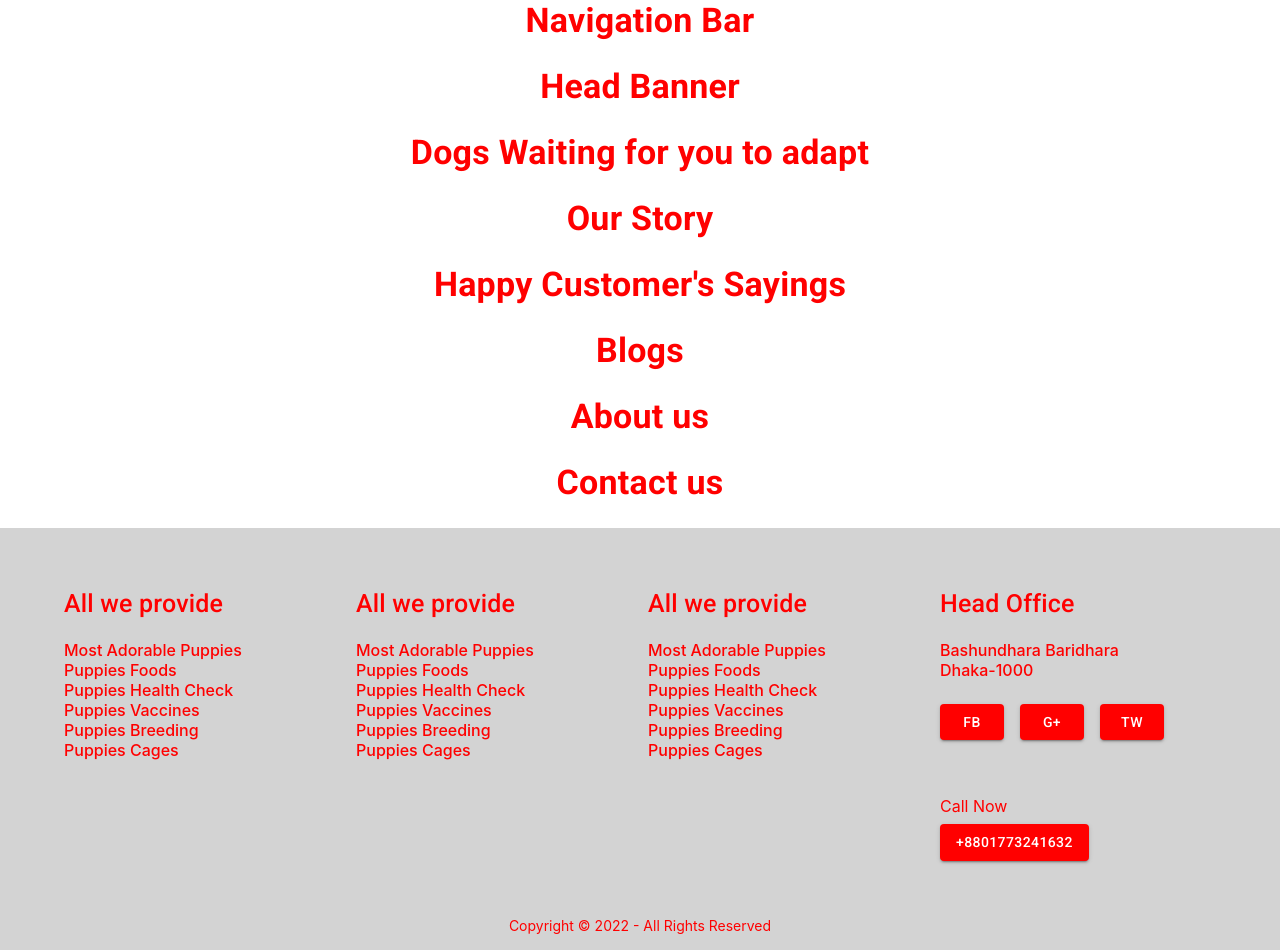
Repository: Sharif-00112/dogos-paradise-client
Page: /
The author's editor kept a copy of each file at every save. The page is drawn from the files as they stood at one save, then again after the next save.
The browser window is 1280 px wide. The pictures show the whole page.
The project was rebuilt for these pictures with package versions that can differ from the ones it lists, and the page was loaded fresh each time. Also part of the build but not shown: src/Pages/Login/Login/Login.js, src/Pages/Login/Register/Register.js, src/Pages/NotFound/NotFound.js.

Above is the page before, as saved 2022-11-30 22:56:31.

### public/index.html
<!DOCTYPE html>
<html lang="en">
  <head>
    <meta charset="utf-8" />
    <link rel="icon" href="%PUBLIC_URL%/favicon.ico" />
    <meta name="viewport" content="width=device-width, initial-scale=1" />
    <meta name="theme-color" content="#000000" />
    <meta
      name="description"
      content="Web site created using create-react-app"
    />
    <link
      rel="stylesheet" href="https://fonts.googleapis.com/css?family=Roboto:300,400,500,700&display=swap"
    />

    <link rel="apple-touch-icon" href="%PUBLIC_URL%/logo192.png" />
    <!--
      manifest.json provides metadata used when your web app is installed on a
      user's mobile device or desktop. See https://developers.google.com/web/fundamentals/web-app-manifest/
    -->
    <link rel="manifest" href="%PUBLIC_URL%/manifest.json" />
    <!--
      Notice the use of %PUBLIC_URL% in the tags above.
      It will be replaced with the URL of the `public` folder during the build.
      Only files inside the `public` folder can be referenced from the HTML.

      Unlike "/favicon.ico" or "favicon.ico", "%PUBLIC_URL%/favicon.ico" will
      work correctly both with client-side routing and a non-root public URL.
      Learn how to configure a non-root public URL by running `npm run build`.
    -->
    <title>React App</title>
  </head>
  <body>
    <noscript>You need to enable JavaScript to run this app.</noscript>
    <div id="root"></div>
    <!--
      This HTML file is a template.
      If you open it directly in the browser, you will see an empty page.

      You can add webfonts, meta tags, or analytics to this file.
      The build step will place the bundled scripts into the <body> tag.

      To begin the development, run `npm start` or `yarn start`.
      To create a production bundle, use `npm run build` or `yarn build`.
    -->
  </body>
</html>

### src/App.js
import React  from 'react';
import './App.css';
import { BrowserRouter as Router, Route, Routes} from 'react-router-dom';
import Home from './Pages/Home/Home/Home';
import Login from './Pages/Login/Login/Login';
import Register from './Pages/Login/Register/Register';
import AuthProvider from './contexts/AuthProvider/AuthProvider';
// import PrivateRoute from './Pages/Login/PrivateRoute/PrivateRoute';
import NotFound from './Pages/NotFound/NotFound';
import Contact from './Pages/Home/Contact/Contact';
import Products from './Pages/Home/Products/Products';
import Story from './Pages/Home/Story/Story';
import CustomerReviews from './Pages/Home/CustomerReviews/CustomerReviews';
import Blogs from './Pages/Home/Blogs/Blogs';
import About from './Pages/Home/About/About';
// import Footer from './Pages/Shared/Footer/Footer';
// import Dashboard from './Pages/Dashboard/Dashboard/Dashboard';

function App() {
  return (
    <div className="App">
      <AuthProvider>
        <Router>
          <Routes>
            <Route exact path = '/' element={<Home/>}/>
            <Route exact path = '/home' element={<Home/>}/>
            <Route exact path = '/login' element={<Login/>}/>
            <Route exact path = '/register' element={<Register/>}/>
            <Route exact path = '/contact' element={<Contact/>}/>
            <Route exact path = '/products' element={<Products/>}/>
            <Route exact path = '/story' element={<Story/>}/>
            <Route exact path = '/reviews' element={<CustomerReviews/>}/>
            <Route exact path = '/blogs' element={<Blogs/>}/>
            <Route exact path = '/about' element={<About/>}/>
            {/* <Route exact path = '/appointment' element = {
              <PrivateRoute>
                <Appointment></Appointment>
              </PrivateRoute>
            }> </Route> */}
            {/* <Route path = 'dashboard/*' element = {
              <PrivateRoute>
                <Dashboard></Dashboard>
              </PrivateRoute>
            }> </Route> */}
            <Route path = '*' element={<NotFound/>}/>
          </Routes>
          {/* <Footer></Footer> */}
        </Router>
      </AuthProvider>
    </div>
  );
}

export default App;

### src/Pages/Home/Home/Home.js
import React from 'react';
import Footer from '../../Shared/Footer/Footer';
import Navigation from '../../Shared/Navigation/Navigation';
import About from '../About/About';
import Banner from '../Banner/Banner';
import Blogs from '../Blogs/Blogs';
import Contact from '../Contact/Contact';
import CustomerReviews from '../CustomerReviews/CustomerReviews';
import Products from '../Products/Products';
import Story from '../Story/Story';

const Home = () => {
    return (
        <div>
            <Navigation></Navigation>
            <Banner></Banner>
            <Products></Products>
            <Story></Story>
            <CustomerReviews></CustomerReviews>
            <Blogs></Blogs>
            <About></About>
            <Contact></Contact>
            <Footer></Footer>
        </div>
    );
};

export default Home;

### src/contexts/AuthProvider/AuthProvider.js
import React from 'react';
import { createContext } from 'react';
import useFirebase from '../../hooks/useFirebase';

//step-1-context
export const AuthContext = createContext();

const AuthProvider = (props) => {
    //step-3-context
    const {children} = props;

    //step-5-context
    const allContexts = useFirebase();

    return (
        //step-2-context
        <AuthContext.Provider value={allContexts}>
            {children}
        </AuthContext.Provider>
    );
};

export default AuthProvider;

### src/Pages/Home/Contact/Contact.js
import React from 'react';
import { Typography } from '@mui/material';

const Contact = () => {
    return (
        <div>
            <Typography sx={{ m: 3, color: 'red', fontWeight: 600 }} variant="h4" component="div">
                Contact us
            </Typography>
        </div>
    );
};

export default Contact;

### src/Pages/Home/Products/Products.js
import React from 'react';
import { Typography } from '@mui/material';

const Products = () => {
    return (
        <div>
            <Typography sx={{ m: 3, color: 'red', fontWeight: 600 }} variant="h4" component="div">
                Dogs Waiting for you to adapt
            </Typography>
        </div>
    );
};

export default Products;

### src/Pages/Home/Story/Story.js
import React from 'react';
import { Typography } from '@mui/material';


const Story = () => {
    return (
        <div>
            <Typography sx={{ m: 3, color: 'red', fontWeight: 600 }} variant="h4" component="div">
                Our Story
            </Typography>
        </div>
    );
};

export default Story;

### src/Pages/Home/CustomerReviews/CustomerReviews.js
import React from 'react';
import { Typography } from '@mui/material';


const CustomerReviews = () => {
    return (
        <div>
            <Typography sx={{ m: 3, color: 'red', fontWeight: 600 }} variant="h4" component="div">
                Happy Customer's Sayings
            </Typography>
        </div>
    );
};

export default CustomerReviews;

### src/Pages/Home/Blogs/Blogs.js
import React from 'react';
import { Typography } from '@mui/material';


const Blogs = () => {
    return (
        <div>
            <Typography sx={{ m: 3, color: 'red', fontWeight: 600 }} variant="h4" component="div">
                Blogs
            </Typography>
        </div>
    );
};

export default Blogs;

### src/Pages/Home/About/About.js
import React from 'react';
import { Typography } from '@mui/material';

const About = () => {
    return (
        <div>
            <Typography sx={{ m: 3, color: 'red', fontWeight: 600 }} variant="h4" component="div">
                About us
            </Typography>
        </div>
    );
};

export default About;

### src/Pages/Shared/Footer/Footer.js
import React from 'react';
import { Typography } from '@mui/material';
import { Container } from '@mui/system';
import Box from '@mui/material/Box';
import Grid from '@mui/material/Unstable_Grid2';
import { Link } from 'react-router-dom';
import { Button } from '@mui/material';


const Footer = () => {
    return (
        <div style={{ backgroundColor: 'lightgray' }}>
        <Container sx={{ py: 5, px:10 }}>
            <Box sx={{ flexGrow: 1 }}>
                <Grid container spacing={2}>
                    <Grid item style={{ textAlign: 'left'}} xs={6} md={3}>
                        <Typography sx={{ my:2, fontSize: 18, fontWeight: 600 }} style={{color: 'red', fontWeight: 500, fontSize: 25 }} variant="h6" component="div">
                            All we provide
                        </Typography>
                        <Link
                            style={{ textDecoration:'none', color: 'red', fontWeight: 500, fontSize: 16 }}
                            to = '/emergencyDentalCare'>
                                Most Adorable Puppies
                        </Link>
                        <br />
                        <Link
                            style={{ textDecoration:'none', color: 'red', fontWeight: 500, fontSize: 16 }}
                            to = '/checkUp'>
                                Puppies Foods
                        </Link>
                        <br />
                        <Link
                            style={{ textDecoration:'none', color: 'red', fontWeight: 500, fontSize: 16 }}
                            to = '/checkUp'>
                                Puppies Health Check
                        </Link>
                        <br />
                        <Link
                            style={{ textDecoration:'none', color: 'red', fontWeight: 500, fontSize: 16 }}
                            to = '/checkUp'>
                                Puppies Vaccines
                        </Link>
                        <br />
                        <Link
                            style={{ textDecoration:'none', color: 'red', fontWeight: 500, fontSize: 16 }}
                            to = '/checkUp'>
                                Puppies Breeding
                        </Link>
                        <br />
                        <Link
                            style={{ textDecoration:'none', color: 'red', fontWeight: 500, fontSize: 16 }}
                            to = '/checkUp'>
                                Puppies Cages
                        </Link>
                    </Grid>
                    <Grid item style={{ textAlign: 'left'}} xs={6} md={3}>
                        <Typography sx={{ my:2, fontSize: 18, fontWeight: 600 }} style={{color: 'red', fontWeight: 500, fontSize: 25 }} variant="h6" component="div">
                            All we provide
                        </Typography>
                        <Link
                            style={{ textDecoration:'none', color: 'red', fontWeight: 500, fontSize: 16 }}
                            to = '/emergencyDentalCare'>
                                Most Adorable Puppies
                        </Link>
                        <br />
                        <Link
                            style={{ textDecoration:'none', color: 'red', fontWeight: 500, fontSize: 16 }}
                            to = '/checkUp'>
                                Puppies Foods
                        </Link>
                        <br />
                        <Link
                            style={{ textDecoration:'none', color: 'red', fontWeight: 500, fontSize: 16 }}
                            to = '/checkUp'>
                                Puppies Health Check
                        </Link>
                        <br />
                        <Link
                            style={{ textDecoration:'none', color: 'red', fontWeight: 500, fontSize: 16 }}
                            to = '/checkUp'>
                                Puppies Vaccines
                        </Link>
                        <br />
                        <Link
                            style={{ textDecoration:'none', color: 'red', fontWeight: 500, fontSize: 16 }}
                            to = '/checkUp'>
                                Puppies Breeding
                        </Link>
                        <br />
                        <Link
                            style={{ textDecoration:'none', color: 'red', fontWeight: 500, fontSize: 16 }}
                            to = '/checkUp'>
                                Puppies Cages
                        </Link>
                    </Grid>
                    <Grid item style={{ textAlign: 'left'}} xs={6} md={3}>
                        <Typography sx={{ my:2, fontSize: 18, fontWeight: 600 }} style={{color: 'red', fontWeight: 500, fontSize: 25 }} variant="h6" component="div">
                            All we provide
                        </Typography>
                        <Link
                            style={{ textDecoration:'none', color: 'red', fontWeight: 500, fontSize: 16 }}
                            to = '/emergencyDentalCare'>
                                Most Adorable Puppies
                        </Link>
                        <br />
                        <Link
                            style={{ textDecoration:'none', color: 'red', fontWeight: 500, fontSize: 16 }}
                            to = '/checkUp'>
                                Puppies Foods
                        </Link>
                        <br />
                        <Link
                            style={{ textDecoration:'none', color: 'red', fontWeight: 500, fontSize: 16 }}
                            to = '/checkUp'>
                                Puppies Health Check
                        </Link>
                        <br />
                        <Link
                            style={{ textDecoration:'none', color: 'red', fontWeight: 500, fontSize: 16 }}
                            to = '/checkUp'>
                                Puppies Vaccines
                        </Link>
                        <br />
                        <Link
                            style={{ textDecoration:'none', color: 'red', fontWeight: 500, fontSize: 16 }}
                            to = '/checkUp'>
                                Puppies Breeding
                        </Link>
                        <br />
                        <Link
                            style={{ textDecoration:'none', color: 'red', fontWeight: 500, fontSize: 16 }}
                            to = '/checkUp'>
                                Puppies Cages
                        </Link>
                    </Grid>
                    <Grid item style={{ textAlign: 'left'}} xs={6} md={3}>
                        <Typography sx={{ my:2, fontSize: 18, fontWeight: 600 }} style={{color: 'red', fontWeight: 500, fontSize: 25 }} variant="h6" component="div">
                            Head Office
                        </Typography>
                        <Typography sx={{ fontSize: 16, fontWeight: 400 }} style={{color: 'red', fontWeight: 500, fontSize: 16 }} variant="" component="div">
                                Bashundhara Baridhara <br />
                                Dhaka-1000
                        </Typography>

                        <a href="https://www.facebook.com/" target="_blank" style={{ textDecoration:'none', color:'white' }}>
                            <Button sx={{ mt:3, mr:2 }} variant="contained" style={{backgroundColor: 'red'}}>
                                FB
                            </Button>
                        </a>
                        <a href="https://www.google.com/" target="_blank" style={{ textDecoration:'none', color:'white' }}>
                            <Button sx={{ mt:3, mr:2 }} variant="contained" style={{backgroundColor: 'red'}}>
                                G+
                            </Button>
                        </a>
                        <a href="https://twitter.com/" target="_blank" style={{ textDecoration:'none', color:'white' }}>
                            <Button sx={{ mt:3, mr:2 }} variant="contained" style={{backgroundColor: 'red'}}>
                                TW
                            </Button>
                        </a>

                        <Typography sx={{ mt:7, fontSize: 16, fontWeight: 400, color:'red' }} variant="" component="div">
                                Call Now
                        </Typography>
                        <a href="tel:+8801773241632" style={{ textDecoration:'none', color:'white' }}>
                            <Button sx={{ mt:1, mr:2 }} variant="contained" style={{backgroundColor: 'red'}}>
                                +8801773241632
                            </Button>
                        </a>
                    </Grid>
                </Grid>
            </Box>
        </Container>
        <Typography sx={{ p:2, fontSize: 14, fontWeight: 400, color: 'red' }} variant="" component="div">
            Copyright &copy; 2022 - All Rights Reserved
        </Typography>
    </div>
    );
};

export default Footer;

### src/Pages/Shared/Navigation/Navigation.js
import React from 'react';
import { Typography } from '@mui/material';

const Navigation = () => {
    return (
        <div>
            <Typography sx={{ mx: 3, color: 'red', fontWeight: 600 }} variant="h4" component="div">
                Navigation Bar
            </Typography>
        </div>
    );
};

export default Navigation;

### src/Pages/Home/Banner/Banner.js
import React from 'react';
import { Typography } from '@mui/material';

const Banner = () => {
    return (
        <div>
            <Typography sx={{ m: 3, color: 'red', fontWeight: 600 }} variant="h4" component="div">
                Head Banner
            </Typography>
        </div>
    );
};

export default Banner;

### src/Pages/Login/Firebase/firebase.initialize.js
import { initializeApp } from "firebase/app";
import firebaseConfig from "./firebase.config";

const initializeAuthentication = () =>{
    initializeApp(firebaseConfig);
}

export default initializeAuthentication;

### src/Pages/Login/Firebase/firebase.config.js
// console.log(process.env);

const firebaseConfig = {
  apiKey: process.env.REACT_APP_FIREBASE_API_KEY,
  authDomain: process.env.REACT_APP_FIREBASE_AUTH_DOMAIN,
  projectId: process.env.REACT_APP_FIREBASE_PROJECT_ID,
  storageBucket: process.env.REACT_APP_FIREBASE_STORAGE_BUCKET,
  messagingSenderId: process.env.REACT_APP_FIREBASE_MESSAGING_SENDER_ID,
  appId: process.env.REACT_APP_FIREBASE_APP_ID,
  measurementId: process.env.REACT_APP_FIREBASE_MEASUREMENT_ID
};

export default firebaseConfig;

// .env.local
// REACT_APP_FIREBASE_API_KEY=AIzaSyCGaQ8G2l5KeOKX4bAJ7MC19oWW_2vnTNQ
// REACT_APP_FIREBASE_AUTH_DOMAIN=dogos-paradise.firebaseapp.com
// REACT_APP_FIREBASE_PROJECT_ID=dogos-paradise
// REACT_APP_FIREBASE_STORAGE_BUCKET=dogos-paradise.appspot.com
// REACT_APP_FIREBASE_MESSAGING_SENDER_ID=824394057307
// REACT_APP_FIREBASE_APP_ID=1:824394057307:web:727ac0c86627b9544a617e
// REACT_APP_FIREBASE_MEASUREMENT_ID=G-DL8JJ6MYSD

// const firebaseConfig = {
  // apiKey: "AIzaSyCGaQ8G2l5KeOKX4bAJ7MC19oWW_2vnTNQ",
  // authDomain: "dogos-paradise.firebaseapp.com",
  // projectId: "dogos-paradise",
  // storageBucket: "dogos-paradise.appspot.com",
  // messagingSenderId: "824394057307",
  // appId: "1:824394057307:web:727ac0c86627b9544a617e",
  // measurementId: "G-DL8JJ6MYSD"
// };

Loaded but not shown: src/index.js (common file); src/index.css (common file); src/reportWebVitals.js (common file); src/App.css (common file); src/hooks/useFirebase.js (273 lines, source omitted)

After the next save:
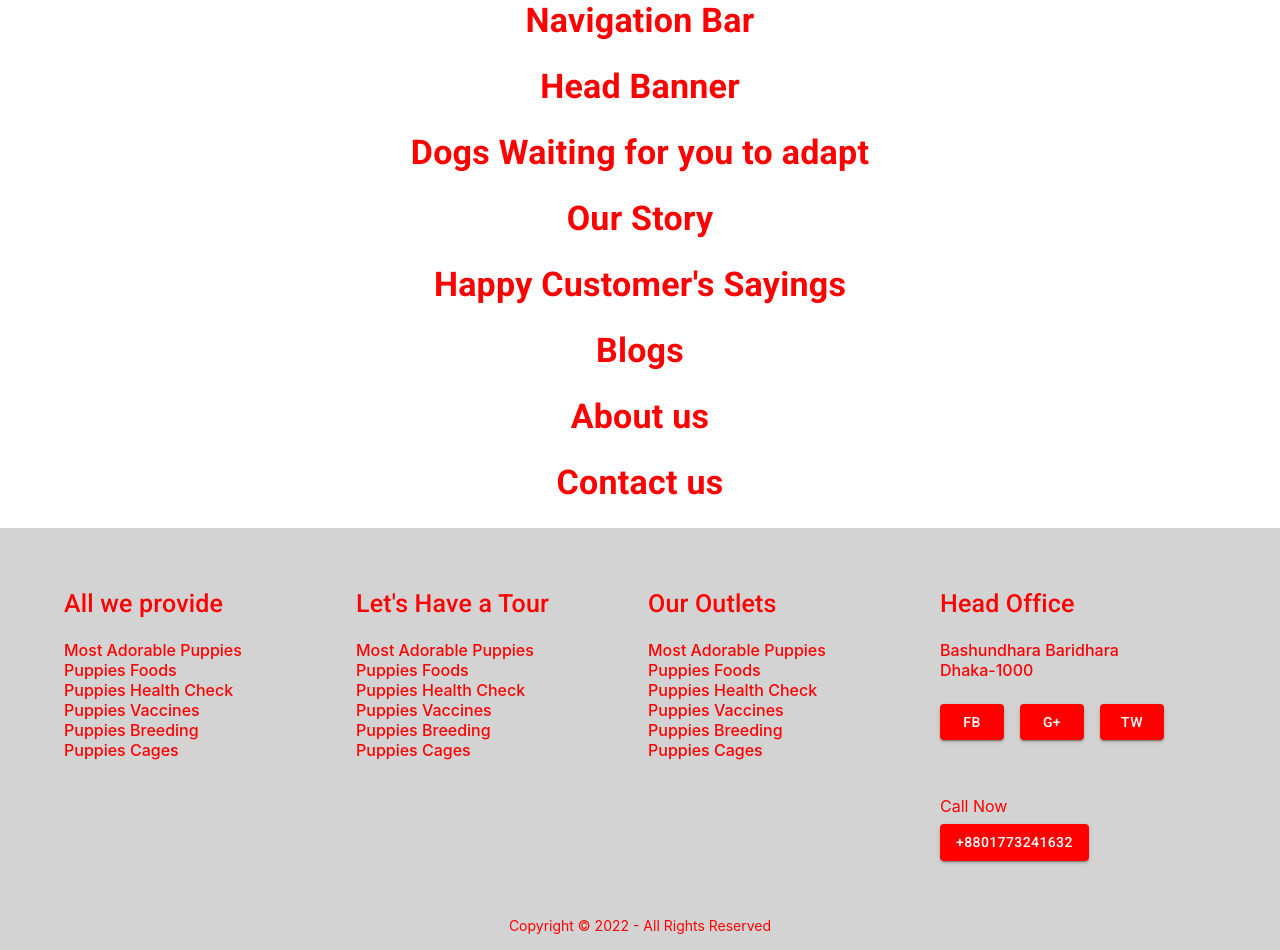
Saved 88 s later.
--- a/src/Pages/Shared/Footer/Footer.js
+++ b/src/Pages/Shared/Footer/Footer.js
@@ -55,7 +55,7 @@ const Footer = () => {
                     </Grid>
                     <Grid item style={{ textAlign: 'left'}} xs={6} md={3}>
                         <Typography sx={{ my:2, fontSize: 18, fontWeight: 600 }} style={{color: 'red', fontWeight: 500, fontSize: 25 }} variant="h6" component="div">
-                            All we provide
+                            Let's Have a Tour
                         </Typography>
                         <Link
                             style={{ textDecoration:'none', color: 'red', fontWeight: 500, fontSize: 16 }}
@@ -95,7 +95,7 @@ const Footer = () => {
                     </Grid>
                     <Grid item style={{ textAlign: 'left'}} xs={6} md={3}>
                         <Typography sx={{ my:2, fontSize: 18, fontWeight: 600 }} style={{color: 'red', fontWeight: 500, fontSize: 25 }} variant="h6" component="div">
-                            All we provide
+                            Our Outlets
                         </Typography>
                         <Link
                             style={{ textDecoration:'none', color: 'red', fontWeight: 500, fontSize: 16 }}
